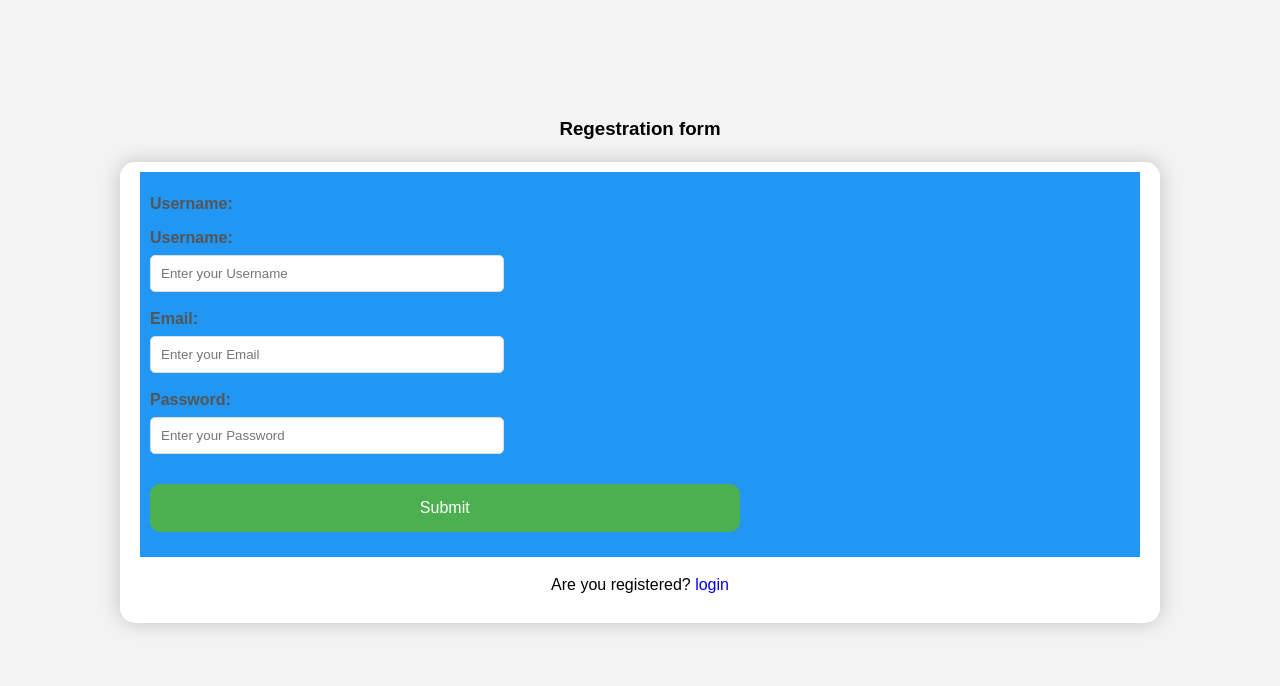
Repository: alizey12/Regestratin-Form-js
Page: regester.html
These files come from the project's save history. The page is drawn as it stood at one moment and after a run of saves; the edit follows.
The browser window is 1280 px wide. The pictures show the whole page.

Above is the page before, as saved 2024-11-29 13:43:47.

After the next 4 saves:
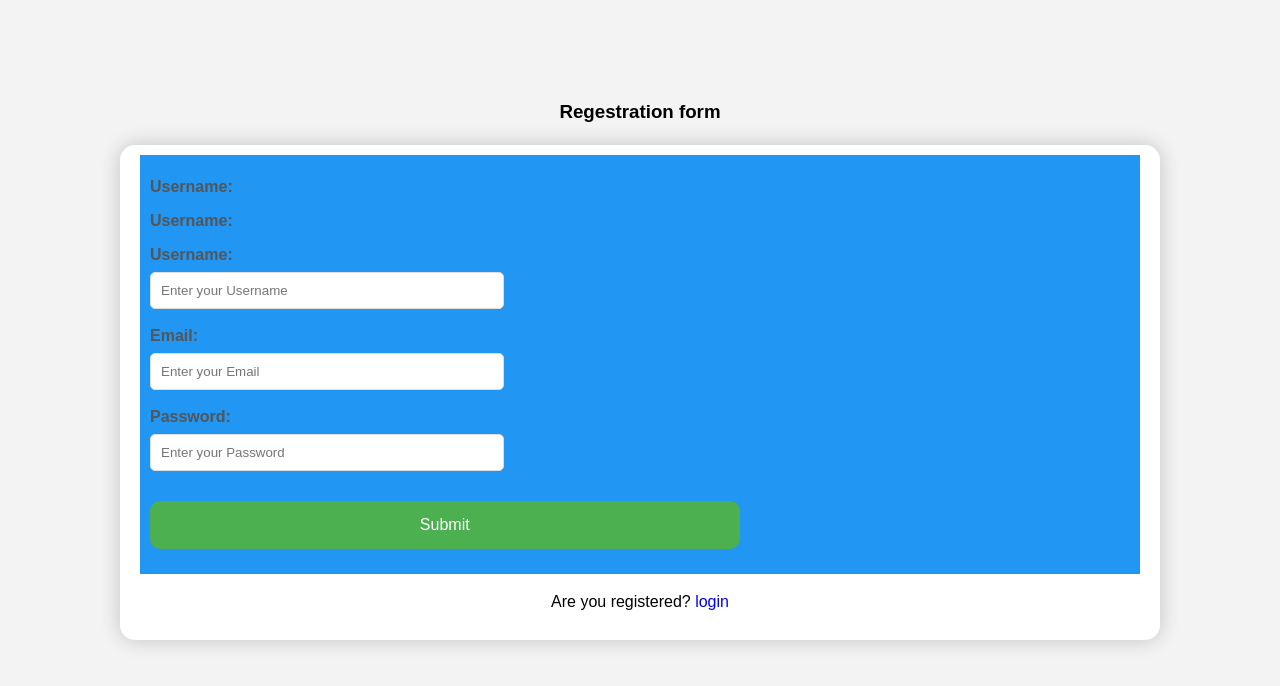
The 4 saves are shown as one change because they came seconds apart.
The last was saved 10 s later.
--- a/regester.html
+++ b/regester.html
@@ -15,6 +15,9 @@
     <div class="grid-container">
         <form action="">
             <label for="first">
+                Username:
+            </label>
+            <label for="second">
                 Username:
             </label>
             <label for="first">
